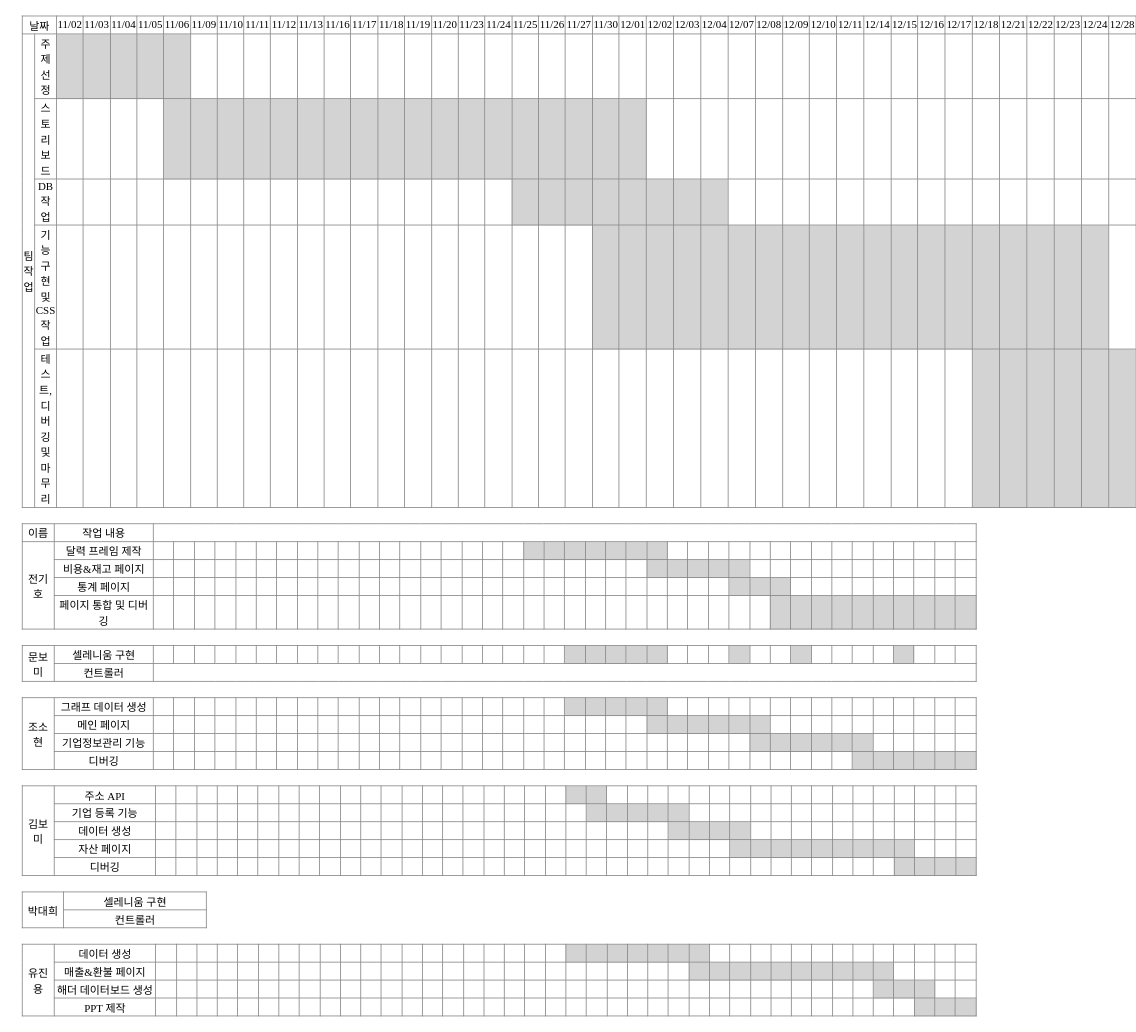
Repository: JEON-KIHO/finalProject
Page: http://localhost/ERP/WEB-INF/views/schedule.jsp
These files come from the project's save history. The page is drawn as it stood at one moment and after the next save; the edit follows.
The browser window is 1280 px wide. The page is 1457 px wide, so the pictures cover 1457 px, including what lies to the right of the window. The pictures show the whole page, at 78% of full size.
The page is served by Tomcat 9. Nobody is signed in. The template is opened directly, without the code that normally fills it, so the values that code supplies are empty.

Above is the page before, as saved 2020-12-24 08:29:32.

After the next save:
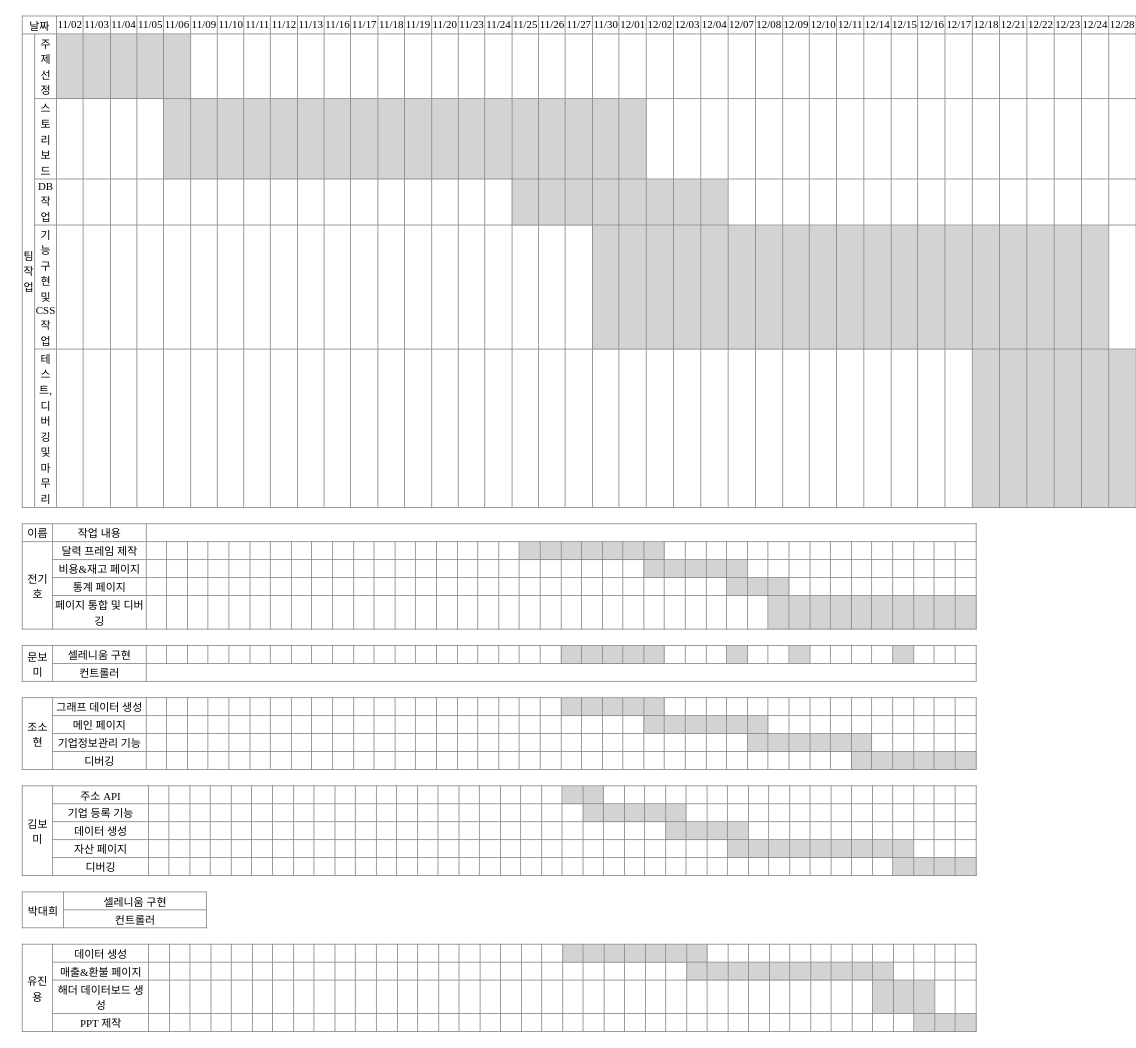
Saved 16 s later.
--- a/ERP/src/main/webapp/WEB-INF/views/schedule.jsp
+++ b/ERP/src/main/webapp/WEB-INF/views/schedule.jsp
@@ -8,7 +8,7 @@
 <style>
 	table{font-size:14px; text-align:center; border-collapse:collapse; margin:20px;}
 	.black {background:lightgray;}
-	.day, .black, .white {width:35px;}
+	.day, .black, .white {width:38px;}
 	.sub {width:180px;}
 </style>
 </head>
